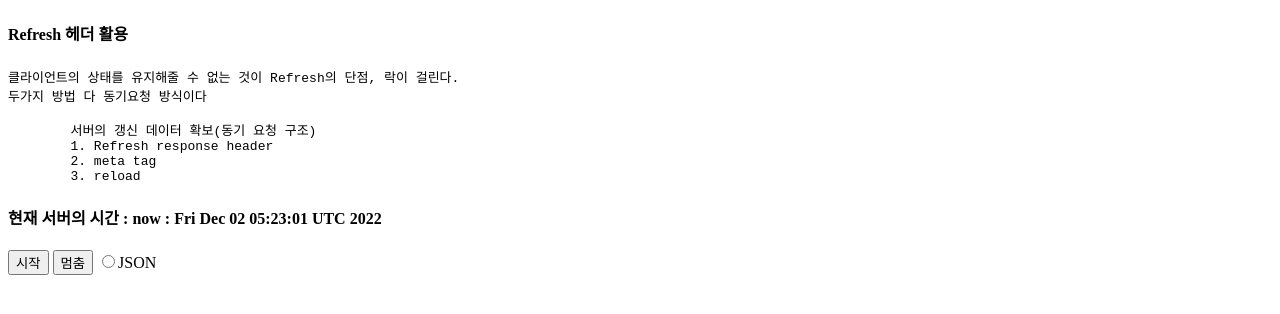
Repository: YOUNARAE/JSP
Page: http://localhost/WebStudy01/05/autoRequest.jsp
An editor plug-in stored every save of this project. The page is shown before and after a run of saves, followed by the edit.
The browser window is 1280 px wide. The pictures show the whole page.
The page is served by Tomcat 9. Other server files are loaded and not shown.

Above is the page before, as saved 2022-12-13 08:26:35.

### WebStudy01/src/main/webapp/05/autoRequest.jsp
<%@page import="java.util.Date"%>
<%@ page language="java" contentType="text/html; charset=UTF-8"
    pageEncoding="UTF-8"%>
<!DOCTYPE html>
<html>
<head>
<meta charset="UTF-8">
<!-- <meta http-equiv="Refresh" content="5;url=https://www.naver.com"> --> <!-- 클라이언트방식 -->
<title>05/autoRequest.jsp</title>
<script type="text/javascript" src="${pageContext.request.contextPath}/resources/jquery-3.6.1.min.js"></script>
</head>
<body>
<h4>Refresh 헤더 활용</h4>
<%--
	response.setIntHeader("Refresh", 1);
--%>
<pre>클라이언트의 상태를 유지해줄 수 없는 것이 Refresh의 단점, 락이 걸린다.
두가지 방법 다 동기요청 방식이다

	서버의 갱신 데이터 확보(동기 요청 구조)
	1. Refresh response header
	2. meta tag
	3. reload
</pre>
<h4>현재 서버의 시간 : <span id="timeArea"> </span></h4>
<button class="controlBtn" data-control-type="START">시작</button>
<button class="controlBtn" data-control-type="STOP">멈춤</button>
<input type="radio" name="dataType" data-data-type="JSON"/>JSON
<script>
// 	setTimeout(() => {
// 		location.reload();
// 	}, 1000);
	let timeArea = $("#timeArea");
	let sendRequest = function(){
		$.ajax({
			url : "${pageContext.request.contextPath}/05/getServerTime",
			dataType : "json",
			success : function(resp) {
				timeArea.html(resp.now);
			},
			error : function(jqXHR, status, error) {
				console.log(jqXHR);
				console.log(status);
				console.log(error);
			}
		});
	}

	setInterval(sendRequest, 1000);
</script>
</body>
</html>

### WebStudy01/src/main/java/kr/or/ddit/servlet05/GetServerTimeControllerServlet.java
package kr.or.ddit.servlet05;

import java.io.IOException;
import java.util.Date;
import java.util.Locale;

import javax.servlet.ServletException;
import javax.servlet.annotation.WebServlet;
import javax.servlet.http.HttpServlet;
import javax.servlet.http.HttpServletRequest;
import javax.servlet.http.HttpServletResponse;

@WebServlet("/05/getServerTime")
public class GetServerTimeControllerServlet extends HttpServlet{
	@Override
	protected void doGet(HttpServletRequest req, HttpServletResponse resp) throws ServletException, IOException {
		//2모델확보
		Date now = new Date();
		String nowStr = String.format(Locale.CANADA, "now : %tc",now);
		req.setAttribute("now", nowStr);//toString()
		resp.setHeader("Refresh", "1");
		String viewName = "/jsonView.do";
		req.getRequestDispatcher(viewName).forward(req,resp);
	}
}

Loaded but not shown: WebStudy01/src/main/webapp/resources/jquery-3.6.1.min.js (library)

After the next 2 saves:
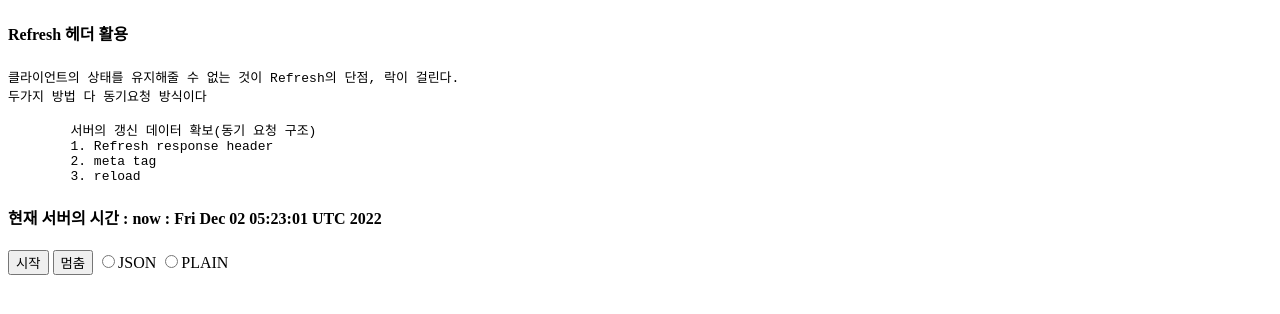
The 2 saves are shown as one change because they came seconds apart.
The last was saved 14 s later.
--- a/WebStudy01/src/main/webapp/05/autoRequest.jsp
+++ b/WebStudy01/src/main/webapp/05/autoRequest.jsp
@@ -26,6 +26,7 @@
 <button class="controlBtn" data-control-type="START">시작</button>
 <button class="controlBtn" data-control-type="STOP">멈춤</button>
 <input type="radio" name="dataType" data-data-type="JSON"/>JSON
+<input type="radio" name="dataType" data-data-type="text"/>PLAIN
 <script>
 // 	setTimeout(() => {
 // 		location.reload();
